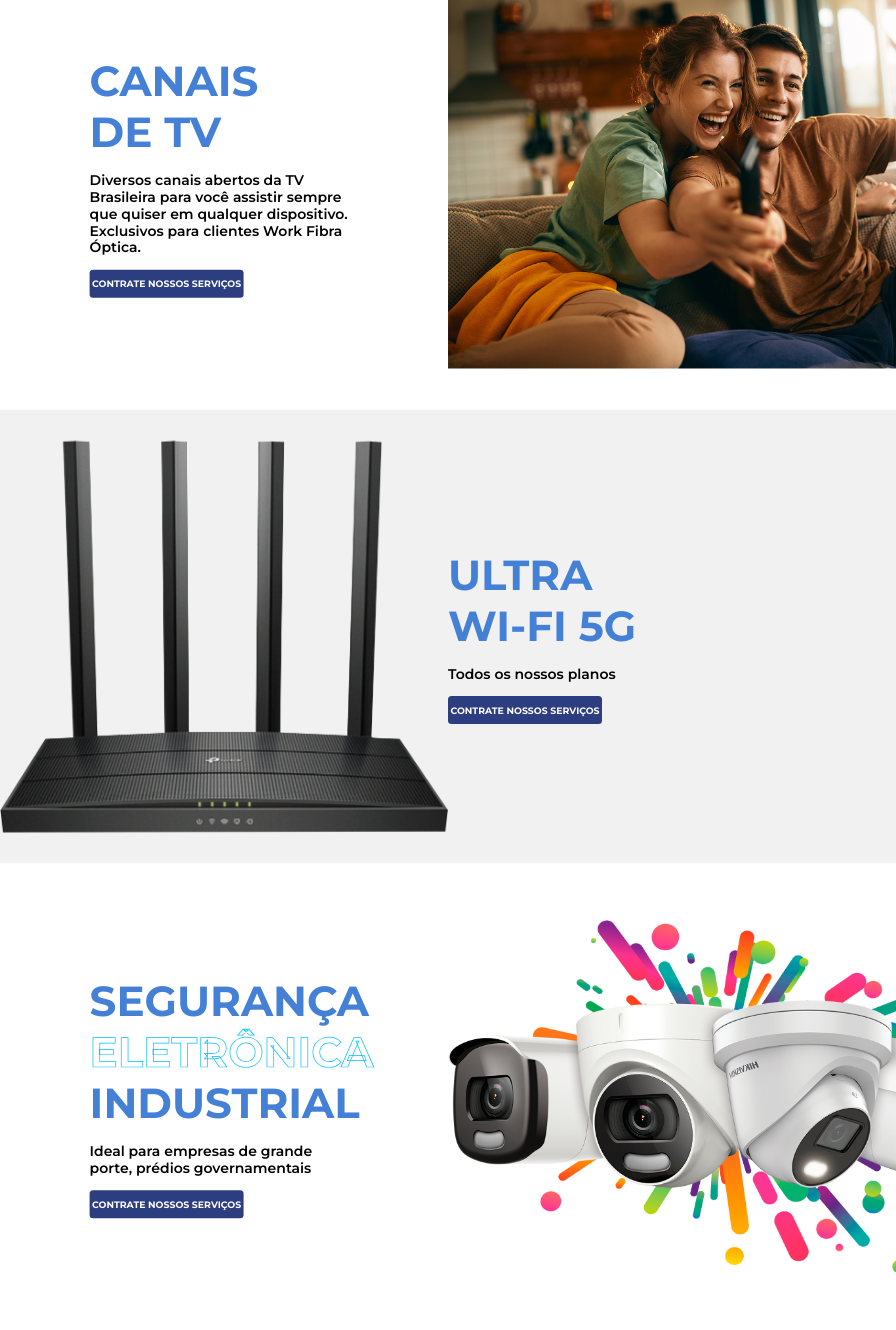
Repository: mateus-henrique-silva/WorkBandaLarga
Page: site_work/src/Pages/campos.html
An editor plug-in stored every save of this project. The page is shown before and after the next save, followed by the edit.
The browser window is 1280 px wide. The pictures show the part of the page from y = 1778 to 3678 px (the page is 5184 px tall), at 70% of full size.
Pictures or frames that could not be fetched are drawn as grey boxes. Backgrounds fixed to the window are drawn as part of the page. Some web fonts or font styles are not loaded; a fallback is used.

Above is the page before, as saved 2022-09-21 08:21:28.

After the next save:
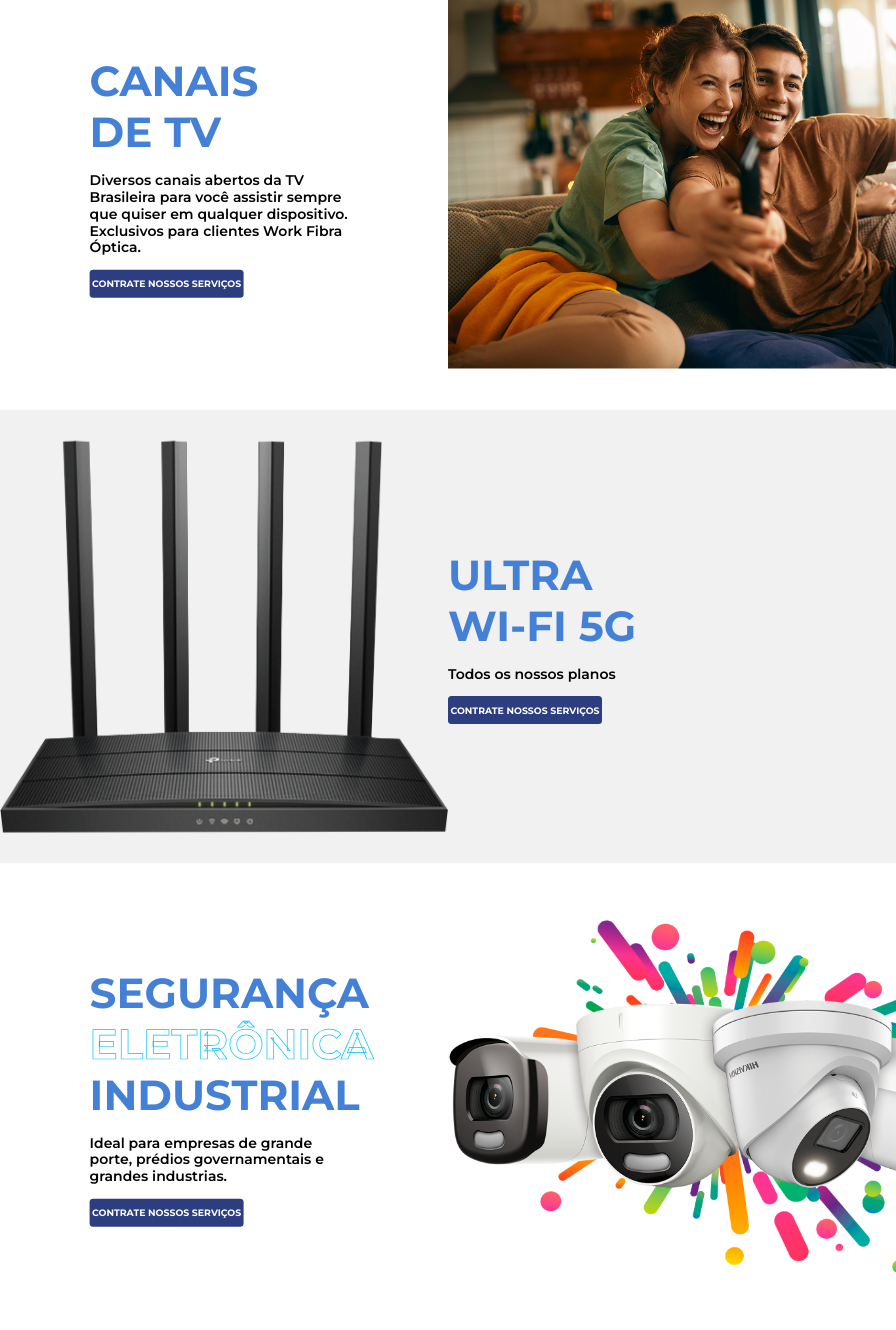
Saved 7 s later.
--- a/site_work/src/Pages/campos.html
+++ b/site_work/src/Pages/campos.html
@@ -452,7 +452,7 @@
           <div class="ajust-two">
             <h2>SEGURANÇA <br> <span>ELETRÔNICA </span> <br> INDUSTRIAL</h2>
             <p>
-              Ideal para empresas de grande porte, prédios governamentais
+              Ideal para empresas de grande porte, prédios governamentais e grandes industrias.
             </p>
             <button onclick="onClickLink()" class="btn-king">
               Contrate nossos serviços
